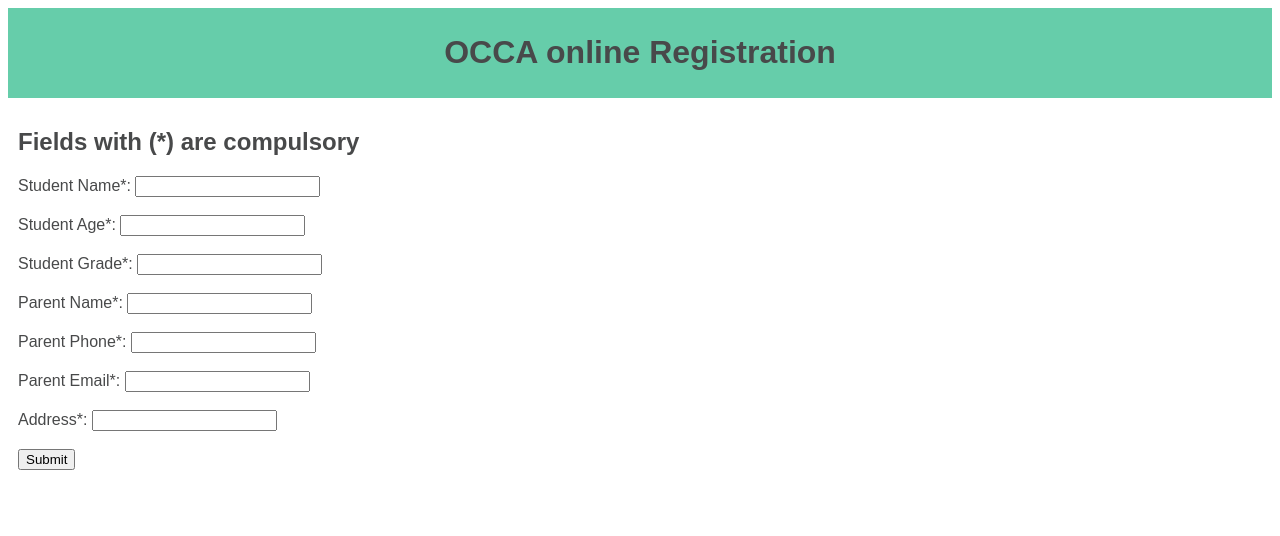
Repository: dreamxia329/TechExercise4830
Page: T3-0325-xia/T3-webProject-Xia/WebContent/register.html
These files come from the project's save history. The page is drawn as it stood at one moment and after the next save; the edit follows.
The browser window is 1280 px wide. The pictures show the whole page.

Above is the page before, as saved 2022-03-31 17:29:33.

### T3-0325-xia/T3-webProject-Xia/WebContent/register.html
<html>
<head>
<style>

body {
	font-family: 'Poppins', sans-serif;
	color: #48494a;
}

header {
	background-color: #66CDAA;
	color: #48494a;
	text-align: center;
	padding: 5px;
}


section {
	width: 350px;
	float: left;
	padding: 10px;
}

</style>
</head>

<body>
	<header>
		<h1>OCCA online Registration</h1>
	</header>


	<section>

	<h2>Fields with (*) are compulsory</h2>

		<form action="RegisterServlet" method="POST">

			Student Name*: <input type="text" name="studentName"> <br /><br />
			Student Age*: <input type="text" name="studentAge"> <br /><br />
			Student Grade*: <input type="text" name="studentGrade"> <br /><br />
			Parent Name*: <input type="text" name="parentName"> <br /><br />
			Parent Phone*: <input type="text" name="parentPhone"> <br /><br />
			Parent Email*: <input type="text" name="parentEmail"> <br /><br />
			Address*: <input type="text" name="address"> <br /><br />


			 <input type="submit" value="Submit" />
		</form>

	</section>

</body>
</html>

After the next save:
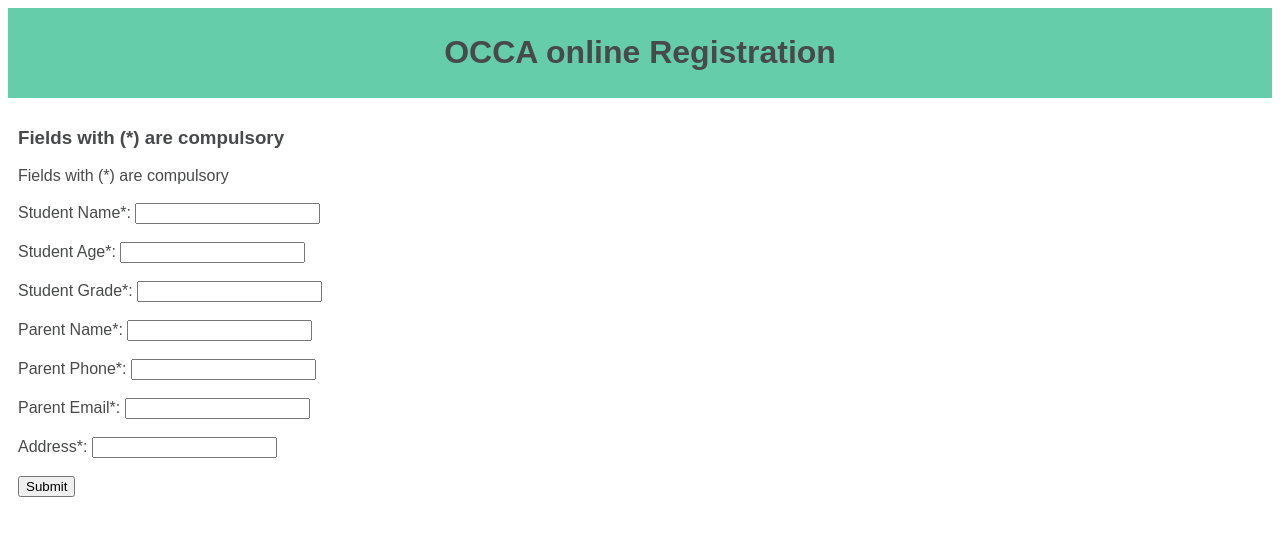
Saved 104 s later.
--- a/T3-0325-xia/T3-webProject-Xia/WebContent/register.html
+++ b/T3-0325-xia/T3-webProject-Xia/WebContent/register.html
@@ -32,10 +32,10 @@ section {
 
 	<section>
 
-	<h2>Fields with (*) are compulsory</h2>
+	<h3>Fields with (*) are compulsory</h3>
 
 		<form action="RegisterServlet" method="POST">
-
+			Fields with (*) are compulsory<br /><br />
 			Student Name*: <input type="text" name="studentName"> <br /><br />
 			Student Age*: <input type="text" name="studentAge"> <br /><br />
 			Student Grade*: <input type="text" name="studentGrade"> <br /><br />
